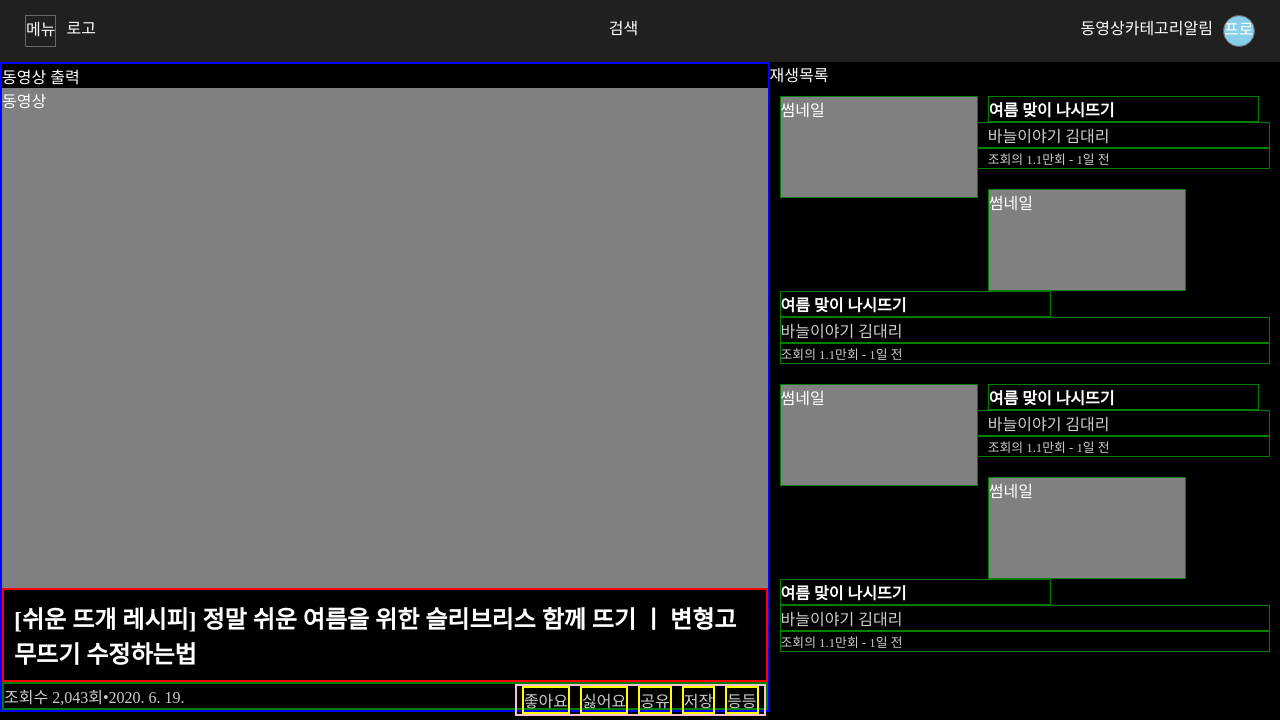
Repository: roseline0912/LikeLion
Page: YouTube_Clone/youtube.html
The author's editor kept a record of every edit. The page is drawn from the files as they stood at one moment, then again after the next edit.
The browser window is 1280 px wide. The pictures show the whole page.
An inner scrolling area shows only its first screen.

Above is the page before.

### YouTube_Clone/youtube.html
<!DOCTYPE html>
<html lang="en">
<head>
    <meta charset="UTF-8">
    <meta name="viewport" content="width=device-width, initial-scale=1.0">
    <meta http-equiv="X-UA-Compatible" content="ie=edge">
    <link rel="stylesheet" href="youtube.css" type="text/css" />
    <title>My YouTube</title>
</head>
<body>
    <nav class="nav-global">
        <div class="nav-item">메뉴</div>
        <div class="nav-logo">로고</div>
        <div class="nav-search">검색</div>
        <div class="nav-video">동영상</div>
        <div class="nav-category">카테고리</div>
        <div class="nav-alarm">알림</div>
        <div class="nav-profile nav-item">프로필</div>
    </nav>

    <div class="container">
    <section class="left-section">동영상 출력
    <div class="video-area">동영상</div>
    <div class="video-title">[쉬운 뜨개 레시피] 정말 쉬운 여름을 위한 슬리브리스 함께 뜨기 ㅣ 변형고무뜨기 수정하는법</div>
    <div class="video-info">
        <div class="video-viewcount">조회수 2,043회•2020. 6. 19.</div>
        <div class="video-info_btn_container">
            <div class="btn-like">좋아요</div>
            <div class="btn-hate">싫어요</div>
            <div class="btn-share">공유</div>
            <div class="btn-save">저장</div>
            <div class="btn-etc">등등</div>
        </div>
    </div>
    </section>

    <section class="right-section">재생목록
    <div class="list-item">
        <div class="list-thumbnail">썸네일</div>
        <div class="list-title">여름 맞이 나시뜨기</div>
        <div class="list-author">바늘이야기 김대리</div>
        <div class="list-info">조회의 1.1만회 - 1일 전</div>
    </div>
    <div class="list-item">
        <div class="list-thumbnail">썸네일</div>
        <div class="list-title">여름 맞이 나시뜨기</div>
        <div class="list-author">바늘이야기 김대리</div>
        <div class="list-info">조회의 1.1만회 - 1일 전</div>
    </div>
    <div class="list-item">
        <div class="list-thumbnail">썸네일</div>
        <div class="list-title">여름 맞이 나시뜨기</div>
        <div class="list-author">바늘이야기 김대리</div>
        <div class="list-info">조회의 1.1만회 - 1일 전</div>
    </div>
    <div class="list-item">
        <div class="list-thumbnail">썸네일</div>
        <div class="list-title">여름 맞이 나시뜨기</div>
        <div class="list-author">바늘이야기 김대리</div>
        <div class="list-info">조회의 1.1만회 - 1일 전</div>
    </div>
    <div class="list-item">
        <div class="list-thumbnail">썸네일</div>
        <div class="list-title">여름 맞이 나시뜨기</div>
        <div class="list-author">바늘이야기 김대리</div>
        <div class="list-info">조회의 1.1만회 - 1일 전</div>
    </div>
    <div class="list-item">
        <div class="list-thumbnail">썸네일</div>
        <div class="list-title">여름 맞이 나시뜨기</div>
        <div class="list-author">바늘이야기 김대리</div>
        <div class="list-info">조회의 1.1만회 - 1일 전</div>
    </div>
    <div class="list-item">
        <div class="list-thumbnail">썸네일</div>
        <div class="list-title">여름 맞이 나시뜨기</div>
        <div class="list-author">바늘이야기 김대리</div>
        <div class="list-info">조회의 1.1만회 - 1일 전</div>
    </div>
    <div class="list-item">
        <div class="list-thumbnail">썸네일</div>
        <div class="list-title">여름 맞이 나시뜨기</div>
        <div class="list-author">바늘이야기 김대리</div>
        <div class="list-info">조회의 1.1만회 - 1일 전</div>
    </div>
    </section>
    </div>
</body>
</html>

### YouTube_Clone/youtube.css
body{
    background-color:black;
    color:white;
    margin:0;
}

.nav-global{
    display:flex;
    background-color:#202020;
    padding:15px;
}

.nav-search{
    flex:1;   /*다른 태그들이 차지하는 공간을 제외하고 모든 공간을 차지함.*/
    /*border:2px solid dimgray;*/
    margin: 0 50px;
    text-align:center;
}

.nav-item, nav-logo{
    border:1px solid dimgray;
}

.nav-item{
    margin:0 10px;
}

.nav-logo{
    width:100px;
}

.nav-profile{
    width:30px;
    height:30px;
    border-radius:50%; /*일반적으로 원을 만들때는 정사각형을 만들고 radius 50%를 사용합니다.*/
    background-color:skyblue;
    overflow:hidden; /*얘는 우리가 정해놓은 사이즈를 내부 내용이 넘어가면 숨기겠다라는 속성입니다. 이 외에도 scroll도있습니다*/
}

.container{
    display:flex;
    flex-direction: row;
    justify-content: space-around;

}
.container .left-section{
    border: 2px solid blue;
    display: inline-block;
    /*width: 28%;*/
    min-height:600px;
    flex:6;
}

.container .right-section{
    float: right;
    flex:4;

    height:600px;
    overflow-y: scroll;
}

.video-area{
    height:500px;
    background-color:grey;
}

.video-title{
    border:2px solid red;
    padding:10px;
    font-weight:bold;
    font-size:1.5rem;
}

.video-info{
    border:2px solid green;
    color:#ccc;     /* viedo_info클래스 밑에 있는 클래스들은 모두 글자색이 회색이므로
                    상위 클래스에 속성을 부여해 하위 클래스까지 영향을 주도록했습니다.*/

    display: flex;   /*이렇게 작성을 해주면 하위 div가 block이지만 우리들 마음대로 다루기 편해집니다.*/

    position: relative; /*기준점이 videoinfo박스(초록색박스)가 되므로 relative설정을 해줍니다.*/
}

.view-viewcount{
    border:2px solid yellow;
}

.video-info_btn_container{
    border: 2px solid pink;
    display: flex;

    position: absolute; /*btn container를 info box기준으로 오른쪽에 위치시키기위해 absolute속성을 이용했습니다.*/
    right:0;
    top:0;


}

.video-info_btn_container div{
    margin:0 5px;
    border:2px solid yellow;
}

.list-item div {
    border:green 1px solid;  /*임시 border를 만들어서 보기편하게 해줍니다.*/
}
.list-item{
    padding:10px;         /*listing되는 item들은 안쪽으로 여백이 있으니 padding값을 줍니다.*/
}
.list-thumbnail{
    height:100px;        /*사진의 높이는 100px정도로 잡고*/
    width: 40%;          /*넓이를 right_section기준 40%로 잡아줍니다.(반응형을 위해)*/
    background-color: grey; /*grey 배경색을 깔아주고*/
    float: left;            /*위에서 사용했던 float속성을 이용해서 썸네일이 왼쪽에 둥 떠있게 해줍니다.*/
    display: inline-block;  /*그리고 한줄에 여러개의 요소가 들어오므로 inline-block*/
    margin-right: 10px;     /*썸네일과 오른쪽 정보간의 간격 10px만큼줬습니다.*/
}
.list-title{
    font-weight: bold;    /*제목은 두껍게 처리를 해주었습니다.*/
    width:55%;            /*그리고 썸네일이 쓰고 남은 section기준 width 60%중에서 여유롭게 55%만 차지하도록 해줍니다.*/
    display: inline-block;  /*썸에일 오른쪽에 제목이 위치해야 하므로 inline-block*/

}
.list-author{
    color:#ccc;      /*작성자의 색깔은 회색입니다.*/
}
.list-info{
    font-size:0.8rem;   /*조회수 및 게시일은 작성자보다 조금 작은 0.8배로 크기를 지정했습니다.*/
    color:#ccc;
}

After the next edit:
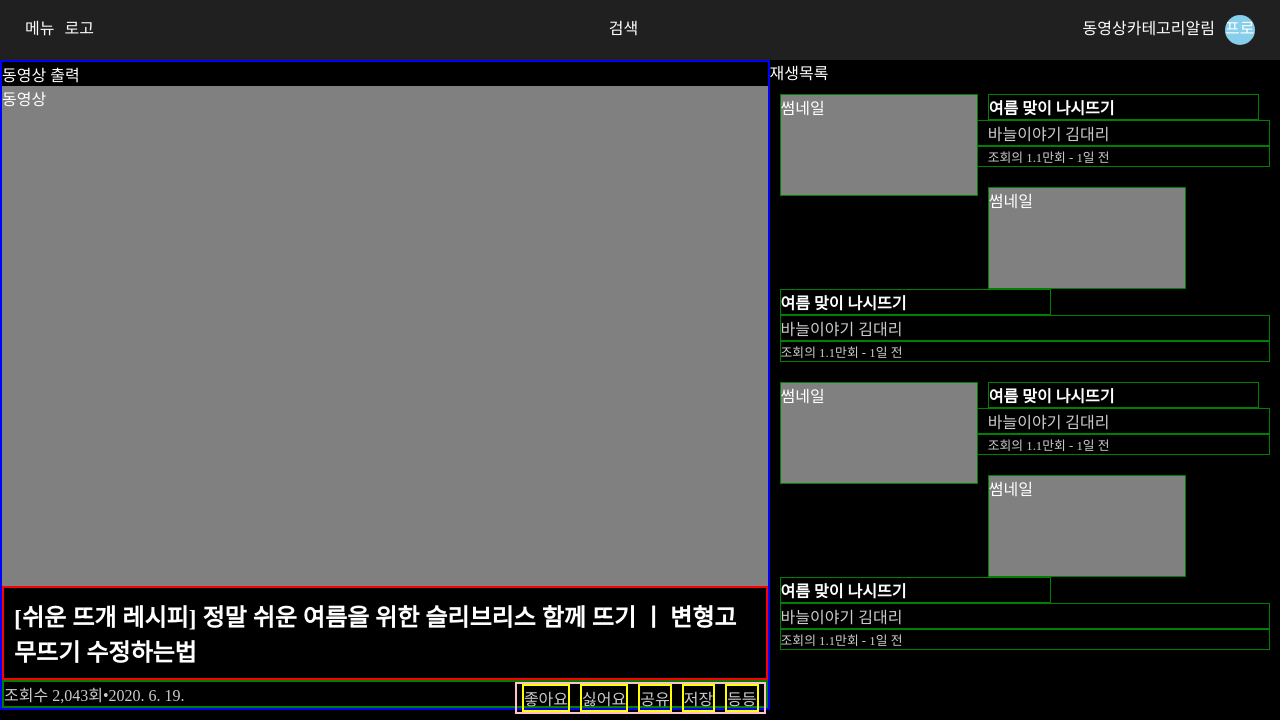
The edit:
--- a/YouTube_Clone/youtube.css
+++ b/YouTube_Clone/youtube.css
@@ -18,7 +18,7 @@
 }
 
 .nav-item, nav-logo{
-    border:1px solid dimgray;
+    /*border:1px solid dimgray;*/
 }
 
 .nav-item{
